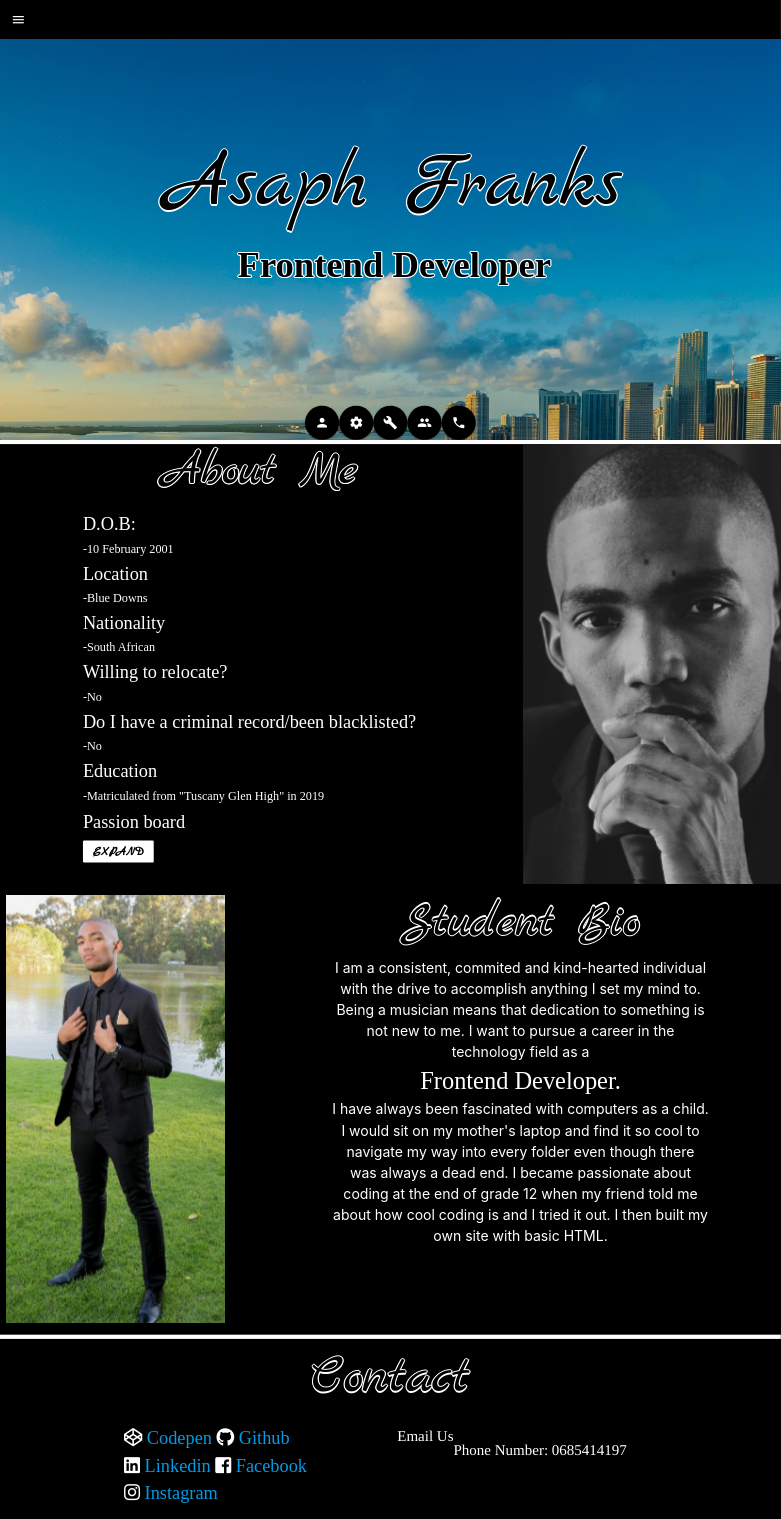
Repository: Ajtheult/portfolio.v3
Page: /portfolio-v3
An editor plug-in stored every save of this project. The page is shown before and after the next save, followed by the edit.
The browser window is 1280 px wide. The pictures show the whole page, at 61% of full size.
Some web fonts or font styles are not loaded; a fallback is used. The project was rebuilt for these pictures with package versions that can differ from the ones it lists, and the page was loaded fresh each time. Also part of the build but not shown: src/components/layout/pages/Skills.js, src/components/layout/pages/MyWork.js, src/components/layout/pages/Testimonials.js.

Above is the page before, as saved 2020-07-24 13:36:22.

### public/index.html
<!DOCTYPE html>
<html lang="en">
  <head>
    <meta charset="utf-8" />
    <link rel="icon" href="%PUBLIC_URL%/favicon.ico" />
    <meta name="viewport" content="width=device-width, initial-scale=1" />
    <meta name="theme-color" content="#000000" />
    <meta
      name="description"
      content="Web site created using create-react-app"
    />

    <link rel="manifest" href="%PUBLIC_URL%/manifest.json" />
    <link
      href="https://fonts.googleapis.com/css2?family=Marck+Script&display=swap"
      rel="stylesheet"
    />
    <link
      href="https://fonts.googleapis.com/css2?family=Gruppo&display=swap"
      rel="stylesheet"
    />
    <link rel="manifest" href="%PUBLIC_URL%/manifest.json" />

    <link
      rel="stylesheet"
      href="https://fonts.googleapis.com/icon?family=Material+Icons"
    />

    <link
      rel="stylesheet"
      href="https://use.fontawesome.com/releases/v5.7.2/css/all.css"
      integrity="sha384-fnmOCqbTlWIlj8LyTjo7mOUStjsKC4pOpQbqyi7RrhN7udi9RwhKkMHpvLbHG9Sr"
      crossorigin="anonymous"
    />
    <title>Asaph Franks portfolio</title>
  </head>
  <body>
    <noscript>You need to enable JavaScript to run this app.</noscript>
    <div id="root"></div>
  </body>
</html>

### src/index.js
import React from "react";
import ReactDOM from "react-dom";
import App from "./App";
import "materialize-css/dist/css/materialize.min.css";

ReactDOM.render(
  <React.StrictMode>
    <App />
  </React.StrictMode>,
  document.getElementById("root")
);

### src/App.js
import React from "react";

import { Home } from "./components/layout/pages/Home";
import { Skills } from "./components/layout/pages/Skills";
import { MyWork } from "./components/layout/pages/MyWork";
import { Testimonials } from "./components/layout/pages/Testimonials";
import Navbar from "./components/layout/navbar/Navbar";

import { BrowserRouter as Router, Route, Switch } from "react-router-dom";
import "./App.css";

function App() {
  return (
    <Router>
      <div className="App">
        <Navbar />

        <Switch>
          <Route exact path="/portfolio-v3" component={Home} />
          <Route path="/skills" component={Skills} />
          <Route path="/mywork" component={MyWork} />
          <Route path="/testimonials" component={Testimonials} />
        </Switch>
      </div>
    </Router>
  );
}

export default App;

### src/components/layout/pages/Home.js
import React from "react";
import background1 from "../resources/background1.jpg";
import me from "../resources/me.jpeg";
import me2 from "../resources/me2.jpg";
import M from "materialize-css";
import "../../../App.css";

import { Parallax } from "react-parallax";
import { Link } from "react-router-dom";

export const Home = () => {
  document.addEventListener("DOMContentLoaded", function () {
    var elems = document.querySelectorAll(".modal");
    // eslint-disable-next-line
    var instances = M.Modal.init(elems, {});
  });

  return (
    <div className="colour_of_about_text">
      <Parallax bgImage={background1} strength={1000}>
        <div style={{ height: 601 }}>
          <div className="style_for_landingpage">
            <h1 className="intro_name_top">Asaph Franks</h1>
            <h4 className="intro_name_bottom">Frontend Developer</h4>
          </div>
        </div>

        <a
          className="btn-floating btn-large waves-effect waves-light black center"
          href="#about"
        >
          <i className="material-icons">person</i> {/*About */}
        </a>
        <Link
          className="btn-floating btn-large waves-effect waves-light black center"
          to="/skills"
          target="_blank"
        >
          <i className="material-icons">settings</i> {/*Skills*/}
        </Link>
        <Link
          to="/mywork"
          className="btn-floating btn-large waves-effect waves-light black center"
          target="_blank"
        >
          <i className="material-icons">build</i> {/*Work*/}
        </Link>
        <Link
          to="/testimonials"
          className="btn-floating btn-large waves-effect waves-light black center"
          target="_blank"
        >
          <i className="material-icons">people</i> {/*Testimonials*/}
        </Link>
        <a
          className="btn-floating btn-large waves-effect waves-light black center"
          href="#contact"
        >
          <i className="material-icons">phone</i> {/*Contact*/}
        </a>
      </Parallax>
      <div style={{ height: "1vh" }} className="white move_the_con" />
      <div className="row">
        <div className="col s8">
          {" "}
          {/* Information on About page-Start */}
          <div className="container">
            <h1 className="about-title" id="about">
              About Me
            </h1>

            <h5 className="my_info">D.O.B:</h5>
            <p className="my_info_2">-10 February 2001</p>
            <h5 className="my_info"> Location </h5>
            <p className="my_info_2">-Blue Downs</p>
            <h5 className="my_info">Nationality</h5>
            <p className="my_info_2">-South African</p>
            <h5 className="my_info">Willing to relocate?</h5>
            <p className="my_info_2">-No</p>
            <h5 className="my_info">
              Do I have a criminal record/been blacklisted?
            </h5>
            <p className="my_info_2">-No</p>
            <h5 className="my_info">Education</h5>
            <p className="my_info_2">
              -Matriculated from "Tuscany Glen High" in 2019
            </p>
            <h4 className="my_info">Passion board</h4>
            <div className="my_info_3">
              <a
                className="waves-effect waves-light btn modal-trigger white"
                href="#modal1"
              >
                <p className="black_text margin_on_top">Expand</p>
              </a>
              <div id="modal1" className="modal bottom-sheet">
                <div className="modal-content">
                  <h4 className="black_text passion_heading">Passion Board</h4>
                  <div className="black_text">
                    {" "}
                    <h4 className="passion_content">-Music</h4>
                    <h4 className="passion_content">-Playing Video games</h4>
                    <h4 className="passion_content">-Playing Table Tennis</h4>
                    <h4 className="passion_content">-Watching anime</h4>
                    <h4 className="passion_content">-Drawing</h4>
                  </div>
                </div>
              </div>
            </div>
          </div>
          {/* Information on About page-Start */}
        </div>
        <div>
          <Parallax
            bgImage={me}
            strength={700}
            style={{ width: "33%" }}
            className="right"
          >
            <div style={{ height: "100vh" }}></div>
          </Parallax>
        </div>
      </div>

      <div className="row">
        <div className="col s5">
          <Parallax bgImage={me2} strength={150} style={{ width: "70%" }}>
            <div style={{ height: 700 }}>
              <div className="intro_name style_for_landingpage"></div>
            </div>
          </Parallax>
        </div>

        <div className="col s7 about_container" style={{ width: "50%" }}>
          <h6 className="about-title center">Student Bio</h6>
          <p className="student_bio ">
            I am a consistent, commited and kind-hearted individual with the
            drive to accomplish anything I set my mind to. Being a musician
            means that dedication to something is not new to me. I want to
            pursue a career in the technology field as a <br />
            <strong className="big_frontend">
              Frontend Developer.
            </strong> <br /> I have always been fascinated with computers as a
            child. I would sit on my mother's laptop and find it so cool to
            navigate my way into every folder even though there was always a
            dead end. I became passionate about coding at the end of grade 12
            when my friend told me about how cool coding is and I tried it out.
            I then built my own site with basic HTML.
          </p>
        </div>
      </div>
      {/* Contact section */}
      <div style={{ height: "1vh" }} className="white move_the_con" />
      <footer style={{ fontFamily: "Times" }} className="page-footer black">
        <div className="container" id="contact">
          <div className="row">
            <h1 className="contact-title">Contact</h1>
            <div className="col l6 s12">
              {" "}
              <div className="logos">
                <i className="fab fa-codepen">
                  {" "}
                  <a
                    href="https://codepen.io/ajtheult"
                    rel="noopener noreferrer"
                    target="_blank"
                  >
                    Codepen&nbsp;
                  </a>{" "}
                </i>
                <i className="fab fa-github">
                  {" "}
                  <a
                    href="https://github.com/Ajtheult"
                    rel="noopener noreferrer"
                    target="_blank"
                  >
                    Github&nbsp;
                  </a>{" "}
                </i>
                <i className="fab fa-linkedin">
                  {" "}
                  <a
                    href="https://www.linkedin.com/in/asaph-franks-307a231a5/"
                    rel="noopener noreferrer"
                    target="_blank"
                  >
                    Linkedin&nbsp;
                  </a>{" "}
                </i>
                <i className="fab fa-facebook-square">
                  {" "}
                  <a
                    href="https://www.facebook.com/asaph.franks.7/"
                    rel="noopener noreferrer"
                    target="_blank"
                  >
                    Facebook&nbsp;
                  </a>{" "}
                </i>
                <i className="fab fa-instagram">
                  {" "}
                  <a
                    href="https://www.instagram.com/aj_the_ultimate/?fbclid=IwAR1maxejej29IRwM2tTQavtbmTC9TFLbAwZoi52WwiJhzLvcEucPXSZHX2o"
                    rel="noopener noreferrer"
                    target="_blank"
                  >
                    Instagram&nbsp;
                  </a>{" "}
                </i>
              </div>
            </div>
            <div className="col l6 s12" style={{ marginTop: "-10px" }}>
              <h5 className="left" href="mailto:asaphfranksboi@gmail.com">
                Email Us
              </h5>
              <br />
              <h5 className="left">Phone Number: 0685414197</h5>
            </div>
            {/* Contact details and icons */}
          </div>
        </div>
      </footer>
    </div>
  );
};

### src/components/layout/navbar/Navbar.js
/* eslint-disable no-unused-vars */
import React, { Component } from "react";
import M from "materialize-css/dist/js/materialize.min.js";
import me from "./me.jpg";
import music from "./music.jpg";
import "../../../App.css";
import { Link } from "react-router-dom";

export class Navbar extends Component {
  componentDidMount() {
    document.addEventListener("DOMContentLoaded", function () {
      var elems = document.querySelectorAll(".sidenav");
      var instances = M.Sidenav.init(elems, {});
    });
  }

  render() {
    return (
      <div>
        <nav>
          <div className="nav-wrapper colour">
            <a
              href="#home"
              data-target="slide-out"
              className="sidenav-trigger show-on-large"
            >
              <i className="material-icons">menu</i>
            </a>
          </div>
        </nav>

        <ul id="slide-out" className="sidenav">
          <li>
            <div className="user-view">
              <div className="background">
                <img className="background_img" src={music} alt="img" />
              </div>

              <img className="circle" src={me} alt="img of me" />

              <span className="black-text name move_me">Asaph Franks</span>

              <span className="black-text email  move_me">
                Asaphfranksboi@gmail.com
              </span>
            </div>
            {/* Change font so that the name can be better read */}
          </li>
          <Link to="/portfolio-v3">
            <br />
            <li className="colour_of_nav">Home</li>
          </Link>{" "}
          <br />
          <Link to="/skills">
            <li className="colour_of_nav">Skills</li>
          </Link>
          <br />
          <Link to="/mywork">
            <li className="colour_of_nav">Work</li>
          </Link>
          <br />
          <Link to="/testimonials">
            <li className="colour_of_nav">Testimonials</li>
          </Link>
        </ul>
      </div>
    );
  }
}

export default Navbar;

### src/App.css
.App {
  text-align: center;
}

body {
  background-color: black;
  color: white;
}
.background_img {
  width: 100%;
  height: 100%;
}

.move_me {
  text-align: left;
}

.colour {
  background-color: black;
}

img.bg {
  /* Set rules to fill background */
  min-height: 100%;
  min-width: 1024px;

  /* Set up proportionate scaling */
  width: 100%;
  height: auto;

  /* Set up positioning */
  position: fixed;
  top: 0;
  left: 0;
  z-index: -1;
}

div.admin-bg {
  /* Set up positioning */
  position: fixed;
  top: 0;
  left: 0;
  z-index: -1;
  background-color: black;
}

@media screen and (max-width: 1024px) {
  /* Specific to this particular image */
  img.bg {
    left: 50%;
    margin-left: -512px; /* 50% */
  }
}

.intro_name_top {
  font-family: "Marck Script", cursive;
  font-size: 130px;
  color: black;
  text-shadow: 2px 0 0 #fff, -2px 0 0 #fff, 0 2px 0 #fff, 0 -2px 0 #fff,
    1px 1px #fff, -1px -1px 0 #fff, 1px -1px 0 #fff, -1px 1px 0 #fff;
}
.testimonial_title {
  font-family: "Marck Script", cursive;
  color: black;
  font-size: 80px;
  text-shadow: 2px 0 0 #fff, -2px 0 0 #fff, 0 2px 0 #fff, 0 -2px 0 #fff,
    1px 1px #fff, -1px -1px 0 #fff, 1px -1px 0 #fff, -1px 1px 0 #fff;
}

.intro_name_bottom {
  font-size: 60px;
  color: #000000;
  font-weight: bold;
  text-shadow: 2px 0 0 #fff, -2px 0 0 #fff, 0 2px 0 #fff, 0 -2px 0 #fff,
    1px 1px #fff, -1px -1px 0 #fff, 1px -1px 0 #fff, -1px 1px 0 #fff;
  font-family: "Gruppo", cursive;
}

.logos {
  text-align: left;
  font-size: 30px;
}

.contact-title {
  margin-top: -5px;
  font-family: "Marck Script", cursive;
  font-size: 90px;
  color: black;
  text-shadow: 2px 0 0 #fff, -2px 0 0 #fff, 0 2px 0 #fff, 0 -2px 0 #fff,
    1px 1px #fff, -1px -1px 0 #fff, 1px -1px 0 #fff, -1px 1px 0 #fff;
}

.about-title {
  margin-top: 1px;
  font-family: "Marck Script", cursive;
  font-size: 80px;
  color: black;
  text-shadow: 2px 0 0 #fff, -2px 0 0 #fff, 0 2px 0 #fff, 0 -2px 0 #fff,
    1px 1px #fff, -1px -1px 0 #fff, 1px -1px 0 #fff, -1px 1px 0 #fff;
}

.student_bio {
  margin-top: 2%;
  font-size: 23px;
}

.big_frontend {
  font-size: 40px;
  font-family: "Gruppo", cursive;
}

.move_the_name {
  margin-top: -12px;
  font-size: 20px;
  font-weight: bold;
}

.enlarge_paragraph {
  font-size: 22px;
  font-family: "Times New Roman", Times, serif;
}

.my_info {
  font-size: 30px;
  text-align: left;
  font-family: "Gruppo", cursive;
}

.my_info_2 {
  font-size: 20px;
  text-align: left;
  line-height: 8px;
  font-family: "Times New Roman", Times, serif;
}

.my_info_3 {
  font-size: 25px;
  text-align: left;
  line-height: 8px;
  font-family: "Times New Roman", Times, serif;
}

.black_text {
  color: black;
}

.passion_heading {
  text-align: center;
  font-family: "Marck Script", cursive;
  font-size: 45px;
}

.passion_content {
  font-family: "Gruppo", cursive;
  font-weight: bold;
  line-height: 25px;
}

.margin_on_top {
  margin-top: 1px;
  font-size: 20px;
  font-family: "Marck Script", cursive;
  font-weight: bold;
}

.my_work_desc {
  font-size: 20px;
  font-family: "Times New Roman", Times, serif;
}

.my_work_title {
  font-family: "Gruppo", cursive;
  color: black;
  font-size: 30px;
  text-shadow: 2px 0 0 rgb(0, 0, 0), -2px 0 0 rgb(0, 0, 0), 0 2px 0 #fff,
    0 -2px 0 #fff, 1px 1px #fff, -1px -1px 0 #fff, 1px -1px 0 #fff,
    -1px 1px 0 #fff;
}

.link-size {
  font-size: 40px;
  margin-top: -40px;
  padding: 1%;
  text-align: left;
  margin-left: 60px;
  font-family: "Gruppo", cursive;
  color: blue;
}

.button_margin {
  margin-top: 5px;
}

.work_title {
  font-family: "Marck Script", cursive;
  color: black;
  font-size: 50px;
  text-shadow: 2px 0 0 #fff, -2px 0 0 #fff, 0 2px 0 #fff, 0 -2px 0 #fff,
    1px 1px #fff, -1px -1px 0 #fff, 1px -1px 0 #fff, -1px 1px 0 #fff;
}

.colour_of_nav {
  color: black;
  margin-top: -30px;
}

.style_for_landingpage {
  margin-left: 15.5%;
  margin-top: 6%;
  position: absolute;
  padding: 50px;
  width: 70%;
  transform: "translate(-50%, -50%)";
}

.skills_li {
  position: relative;
  list-style: none;
  margin: 50px 0;
  font-weight: 500;
  text-transform: uppercase;
}

.skills_li:before {
  content: "";
  position: absolute;
  top: calc(100% + 10px);
  left: 0;
  width: 100%;
  height: 15px;
  background-color: rgba(54, 126, 223, 0.5);
  border-radius: 1000px;
}

.skills_li:after {
  content: "";
  position: absolute;
  top: calc(100% + 10px);
  left: 0;
  width: 0;
  height: 15px;
  background-color: rgba(54, 126, 223, 1);
  border-radius: 1000px;
  animation-duration: 0.7s;
  animation-timing-function: ease;
  animation-fill-mode: forwards;
}

.html:after {
  animation-name: html;
}

@keyframes html {
  to {
    width: 81%;
  }
}

.css:after {
  animation-name: css;
}

@keyframes css {
  to {
    width: 64%;
  }
}

.js:after {
  animation-name: js;
}

@keyframes js {
  to {
    width: 37%;
  }
}

.py:after {
  animation-name: py;
}

@keyframes py {
  to {
    width: 43%;
  }
}

.sql:after {
  animation-name: sql;
}

@keyframes sql {
  to {
    width: 36%;
  }
}

.react:after {
  animation-name: react;
}

@keyframes react {
  to {
    width: 73%;
  }
}

.skills_text {
  font-family: "Marck Script", cursive;
  color: black;
  font-size: 30px;
  text-shadow: 1px 0 0 #fff, -2px 0 0 #fff, 0 2px 0 #fff, 0 -2px 0 #fff,
    1px 1px #fff, -1px -1px 0 #fff, 1px -1px 0 #fff, -1px 1px 0 #fff;
  margin-top: -20px;
}

.skills_heading {
  font-family: "Marck Script", cursive;
  color: black;
  font-size: 60px;
  text-shadow: 1px 0 0 #fff, -2px 0 0 #fff, 0 2px 0 #fff, 0 -2px 0 #fff,
    1px 1px #fff, -1px -1px 0 #fff, 1px -1px 0 #fff, -1px 1px 0 #fff;
  margin-top: -50px;
}

.container_properties {
  width: 800px;
  margin: 50px auto 0;
  padding: 20px;
  line-height: 55px;
}

After the next save:
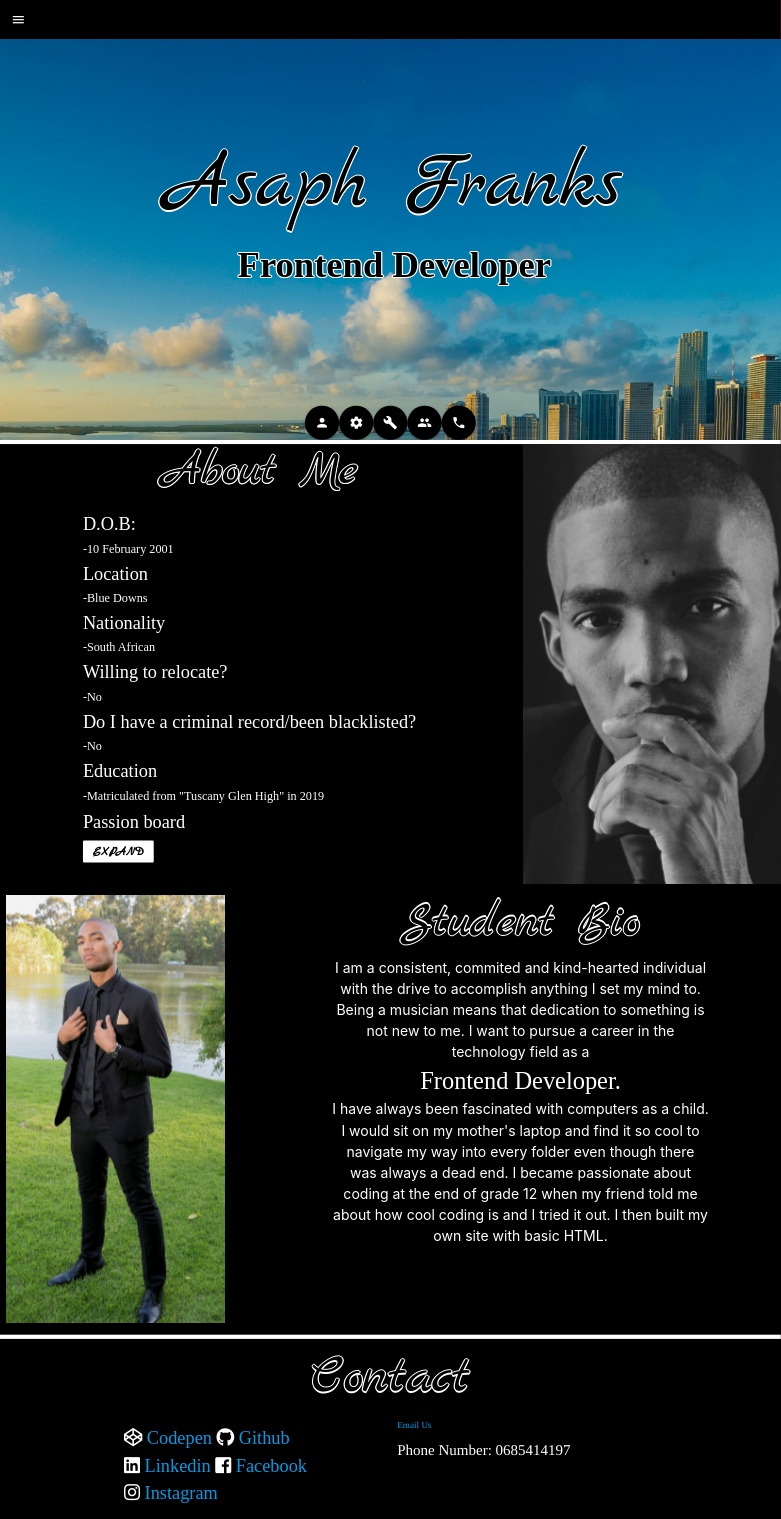
Saved 11 s later.
--- a/src/components/layout/pages/Home.js
+++ b/src/components/layout/pages/Home.js
@@ -211,9 +211,9 @@ export const Home = () => {
               </div>
             </div>
             <div className="col l6 s12" style={{ marginTop: "-10px" }}>
-              <h5 className="left" href="mailto:asaphfranksboi@gmail.com">
+              <a className="left" href="mailto:asaphfranksboi@gmail.com">
                 Email Us
-              </h5>
+              </a>
               <br />
               <h5 className="left">Phone Number: 0685414197</h5>
             </div>
